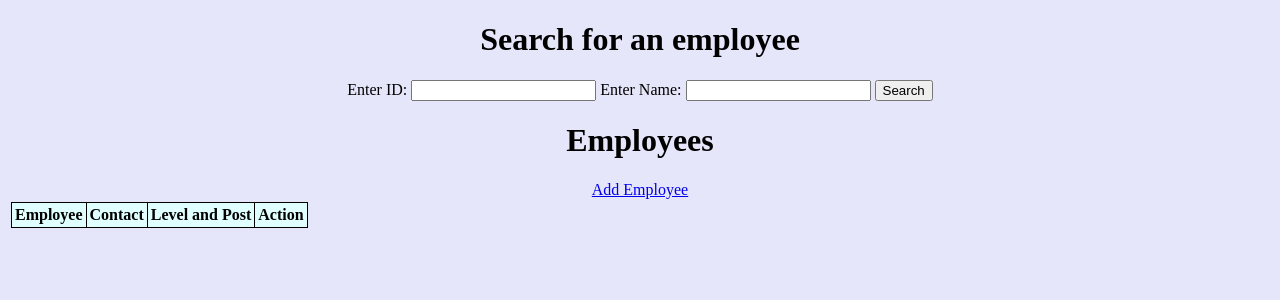
Repository: P9-Analyst-Java/employee-management-abhishekdatta12
Page: http://localhost/spring-expense-tracker/WEB-INF/views/home.jsp
The author's editor kept a copy of each file at every save. The page is drawn from the files as they stood at one save, then again after the next save.
The browser window is 1280 px wide. The pictures show the whole page.
The page is served by Tomcat 9. Nobody is signed in. Other server files are loaded and not shown. The template is opened directly, without the code that normally fills it, so the values that code supplies are empty.

Above is the page before, as saved 2023-02-21 05:16:08.

### spring-portal/spring-expense-tracker/src/main/webapp/WEB-INF/views/home.jsp
<%@ page language="java" isELIgnored="false" contentType="text/html; charset=ISO-8859-1"
    pageEncoding="UTF-8"%>
<%@ taglib prefix="c" uri="http://java.sun.com/jsp/jstl/core"%>
<%@ taglib prefix="form" uri="http://www.springframework.org/tags/form" %>
<c:set var="contextRoot" value="${pageContext.request.contextPath}"/>
<!DOCTYPE html>
<html>
<head>
<style type="text/css">
body{
	text-align: center;
	background-color: lavender;
}
div{
	text-align: center;
	align-items: center;
	align-content: center;
}
table, th, td{
	background-color: #e0ffff;
	text-align: center;
	border: 1px solid;
	border-collapse: collapse;
	padding: 3px;
	margin: 3px;
	align-items: center;
}
</style>
<meta charset="ISO-8859-1">
<title>Home</title>
</head>
<body>
	<h1>Search for an employee</h1>

	<form action="${contextRoot}/search" method="post">
	Enter ID: <input  name="id"/>
	Enter Name: <input name="name"/>
	<button type="submit">Search</button>
	</form>

	<h1>Employees</h1>
	<div>
	<a href="${contextRoot}/employee">Add Employee</a>
	<table>
	<tr>
	<th>Employee</th>
	<th>Contact</th>
	<th>Level and Post</th>
	<th>Action</th>
	<!-- <th>Last Name</th>
	<th>Gender</th>
	<th>Date Of Birth</th>
	<th>PAN Card Number</th>
	<th>Aadhaar Number</th>
	<th>Mobile Number</th>
	<th>Email ID</th>
	<th>Office Mail</th>
	<th>Permanent Address</th>
	<th>Present Address</th>
	<th>Blood Group</th>
	<th>Profile Picture</th>
	<th>Date of Joining</th>
	<th>Employee Level</th>
	<th>Post Name</th>
	<th>Basic Pay</th>
	<th>House Allowance</th>
	<th>Edit</th>
	<th>Delete</th>-->
	</tr>
	<c:forEach var="employee" items="${employees}">
		<tr>
			<td>${employee.firstName}&nbsp;${employee.lastName}<br/>#${employee.id}</td>

			<td>${employee.mobileNum}<br/>${employee.emailId}</td>

			<td>${employee.empLevel}/<br/>${employee.postName}</td>

			<td><a href="">Employments</a>/<a href="${contextRoot}/employee/${employee.id}">Edit</a>/<a href="${contextRoot}/${employee.id}">Delete</a></td>
			<!-- <td>${employee.id}</td>
			<td>${employee.firstName}</td>
			<td>${employee.lastName}</td>
			<td>${employee.gender}</td>
			<td>${employee.dob}</td>
			<td>${employee.panNum}</td>
			<td>${employee.aadhaarNum}</td>
			<td>${employee.mobileNum}</td>
			<td>${employee.emailId}</td>
			<td>${employee.officeMail}</td>
			<td>${employee.permanentAddress}</td>
			<td>${employee.presentAddress}</td>
			<td>${employee.bloodGroup}</td>
			<td>${employee.profilePict}</td>
			<td>${employee.doj}</td>
			<td>${employee.empLevel}</td>
			<td>${employee.postName}</td>
			<td>${employee.basicPay}</td>
			<td>${employee.houseAllowance}</td>
			<td><a href="${contextRoot}/employee/${employee.id}">Edit</a></td>
			<td><a href="${contextRoot}/${employee.id}">Delete</a></td>-->
		</tr>
	</c:forEach>
	</table>
	</div>
</body>
</html>

After the next save:
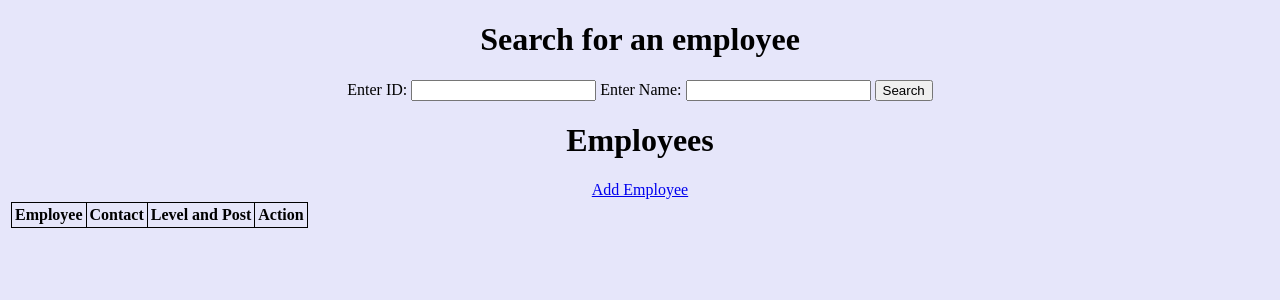
Saved 24 s later.
--- a/spring-portal/spring-expense-tracker/src/main/webapp/WEB-INF/views/home.jsp
+++ b/spring-portal/spring-expense-tracker/src/main/webapp/WEB-INF/views/home.jsp
@@ -17,7 +17,7 @@ div{
 	align-content: center;
 }
 table, th, td{
-	background-color: #e0ffff;
+	background-color: lavenderblue;
 	text-align: center;
 	border: 1px solid;
 	border-collapse: collapse;
